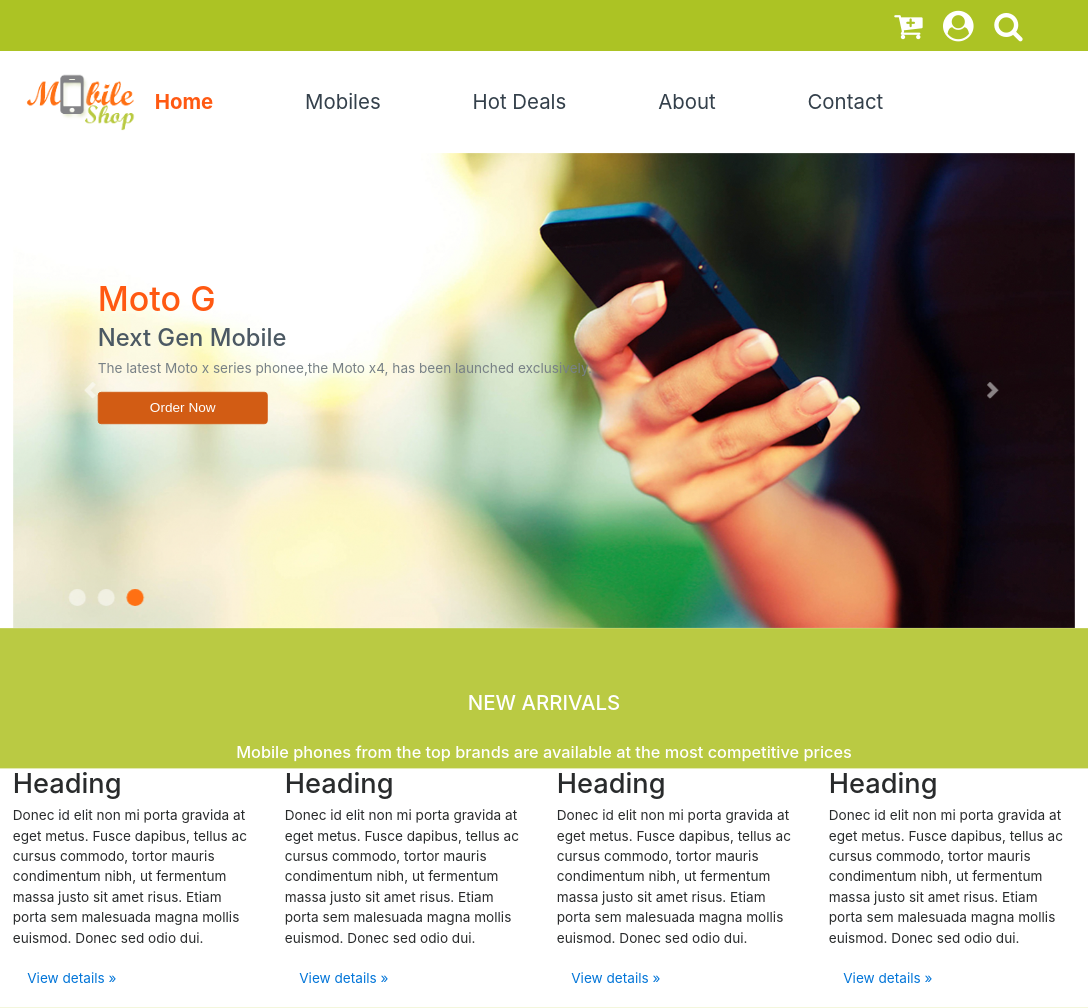
Repository: rajmohanr/mobile
Page: index.html
An editor plug-in stored every save of this project. The page is shown before and after the next save, followed by the edit.
The browser window is 1280 px wide. The pictures show the whole page, at 85% of full size.

Above is the page before, as saved 2018-03-31 13:36:03.
Console error (its wording comes from the project's code and is left out).

After the next save:
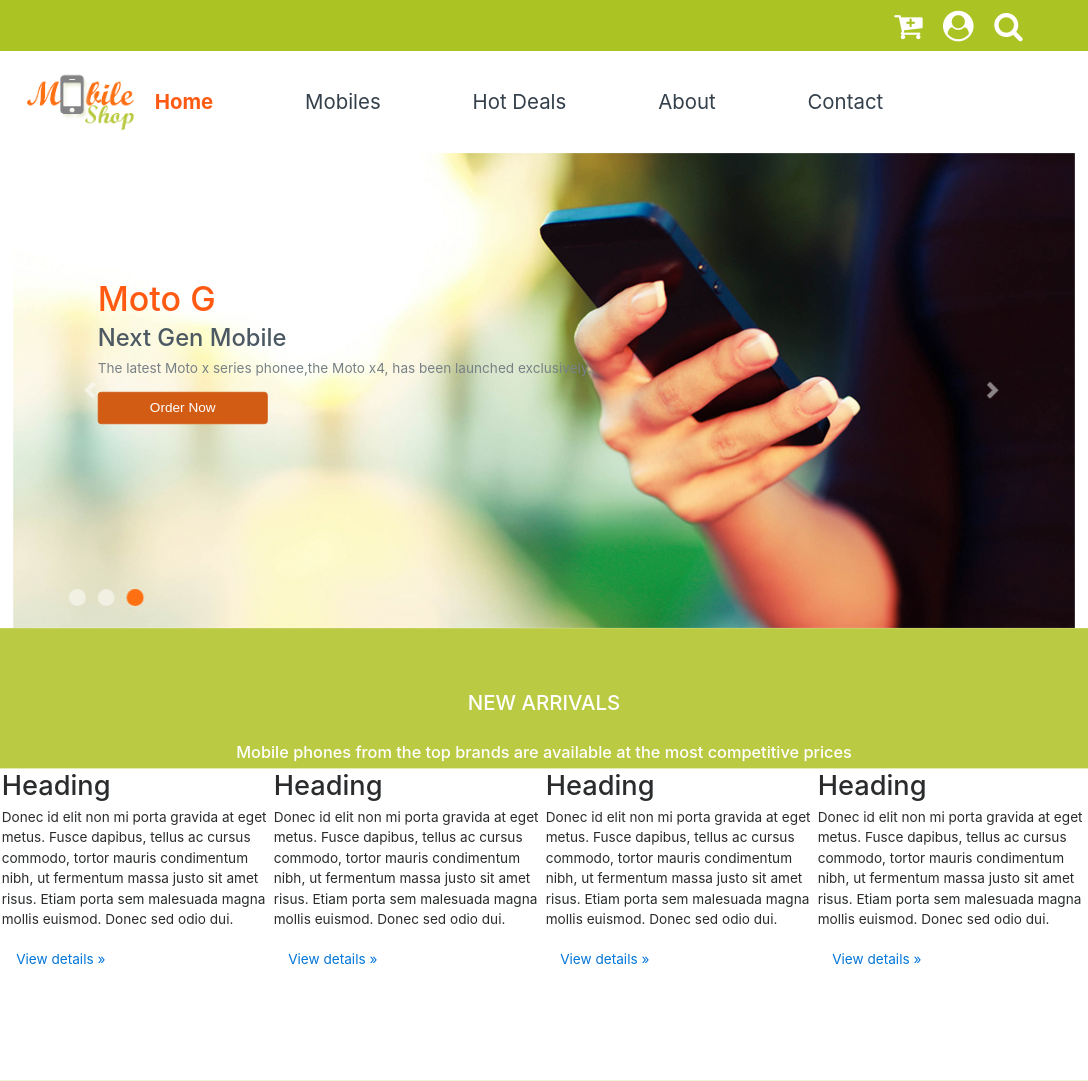
Saved 22 h 10 min later.
--- a/css/style.css
+++ b/css/style.css
@@ -92,6 +92,13 @@
     margin-top: 35px;
 }
 
-.middle-box-cont{
+.middle-box-cont {
     background-color: #fff;
+    width: 270px;
+    height: 367px;
+    padding: 2px;
+    margin: 0 auto;
+    position: relative;
+    float: left;
+
 }
